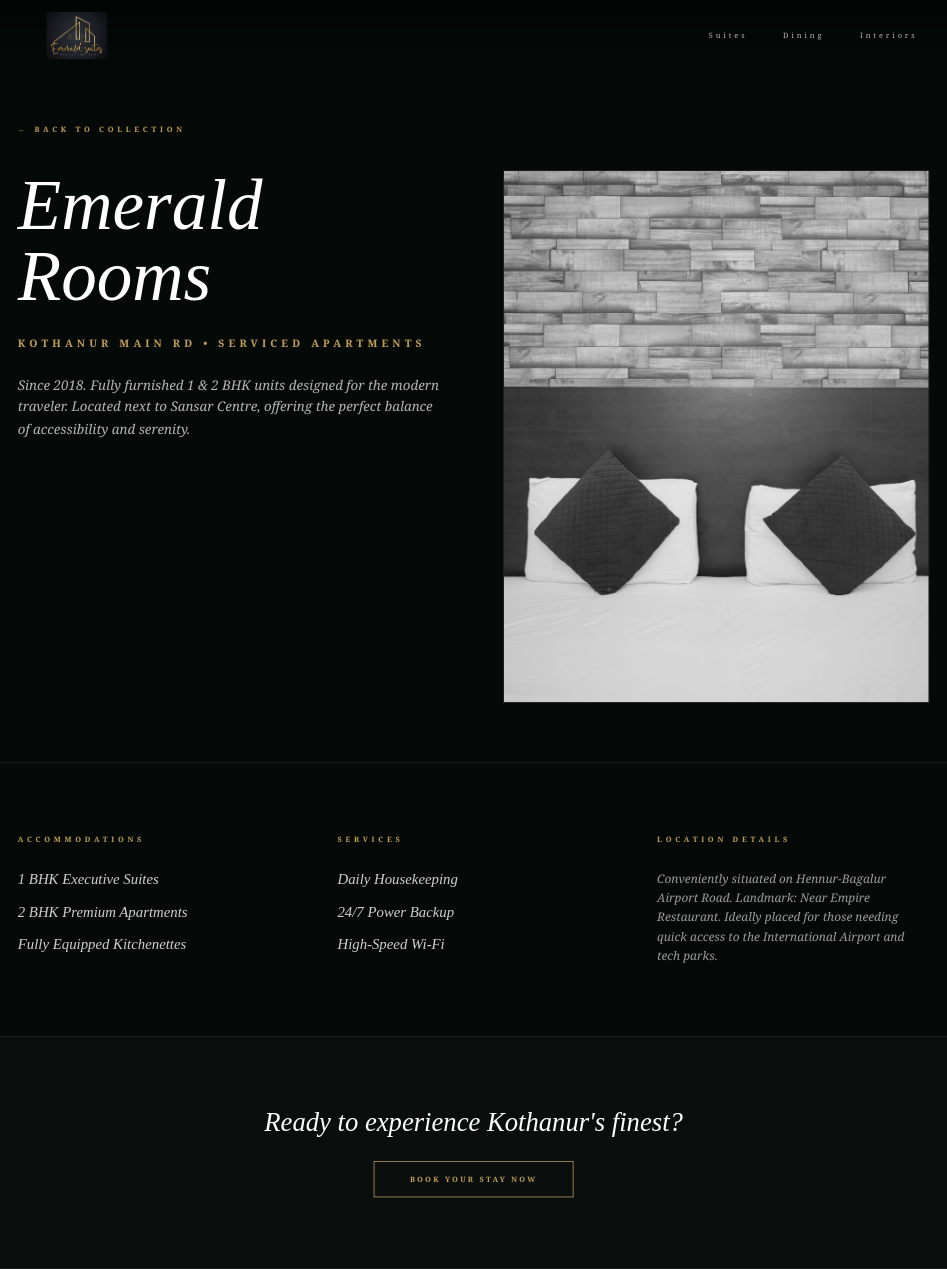
Repository: Jaden2909/emerald
Page: /rooms
These files come from the project's save history. The page is drawn as it stood at one moment and after the next save; the edit follows.
The browser window is 1280 px wide. The pictures show the whole page, at 74% of full size.
The project was rebuilt for these pictures with package versions that can differ from the ones it lists, and the page was loaded fresh each time. The framework's server and built-in components were replaced by stand-ins that run in the browser. Also part of the build but not shown: next.config.ts.

Above is the page before, as saved 2026-02-19 23:07:55.

### app/rooms/page.tsx
"use client";
import Navbar from '@/components/Navbar';
import { motion } from "framer-motion";
import Link from "next/link";

export default function RoomsPage() {
  return (
    <main className="bg-[#050a08] min-h-screen text-white">
      <Navbar />

      {/* HERO SECTION */}
      <section className="pt-40 pb-20 px-6">
        <div className="max-w-7xl mx-auto">
      <Link href="/#properties" className="text-[#c5a059] text-[10px] tracking-[0.5em] uppercase mb-12 inline-block hover:opacity-50 transition-all font-bold">
  ← Back to Collection
</Link>

          <div className="grid md:grid-cols-2 gap-20 items-start">
            <motion.div
              initial={{ opacity: 0, x: -30 }}
              animate={{ opacity: 1, x: 0 }}
              transition={{ duration: 0.8 }}
            >
              <h1 className="text-6xl md:text-8xl font-serif italic mb-8">Emerald Rooms</h1>
              <p className="text-[#c5a059] text-sm tracking-[0.4em] uppercase mb-8 font-bold">Kothanur Main Rd • Serviced Apartments</p>
              <p className="text-white/70 text-lg leading-relaxed font-light italic mb-8">
                Since 2018. Fully furnished 1 & 2 BHK units designed for the modern traveler.
                Located next to Sansar Centre, offering the perfect balance of accessibility and serenity.
              </p>
            </motion.div>

            <motion.div
              initial={{ opacity: 0, scale: 0.95 }}
              animate={{ opacity: 1, scale: 1 }}
              transition={{ duration: 0.8 }}
              className="aspect-[4/5] border border-white/10 overflow-hidden"
            >
              <img src="/prop-suites.jpg" className="w-full h-full object-cover grayscale hover:grayscale-0 transition-all duration-1000" alt="Emerald Rooms" />
            </motion.div>
          </div>
        </div>
      </section>

      {/* DETAILED AMENITIES SECTION */}
      <section className="py-24 border-t border-white/10 px-6">
        <div className="max-w-7xl mx-auto grid md:grid-cols-3 gap-16">
          <div>
            <h3 className="text-[#c5a059] text-[10px] tracking-[0.5em] uppercase mb-8 font-bold">Accommodations</h3>
            <ul className="space-y-4 text-white/80 font-serif italic text-xl">
              <li>1 BHK Executive Suites</li>
              <li>2 BHK Premium Apartments</li>
              <li>Fully Equipped Kitchenettes</li>
            </ul>
          </div>
          <div>
            <h3 className="text-[#c5a059] text-[10px] tracking-[0.5em] uppercase mb-8 font-bold">Services</h3>
            <ul className="space-y-4 text-white/80 font-serif italic text-xl">
              <li>Daily Housekeeping</li>
              <li>24/7 Power Backup</li>
              <li>High-Speed Wi-Fi</li>
            </ul>
          </div>
          <div>
            <h3 className="text-[#c5a059] text-[10px] tracking-[0.5em] uppercase mb-8 font-bold">Location Details</h3>
            <p className="text-white/60 leading-relaxed font-light italic">
              Conveniently situated on Hennur-Bagalur Airport Road. Landmark: Near Empire Restaurant.
              Ideally placed for those needing quick access to the International Airport and tech parks.
            </p>
          </div>
        </div>
      </section>

      {/* CALL TO ACTION */}
      <section className="py-24 bg-white/[0.02] border-y border-white/10 px-6 text-center">
        <h2 className="text-4xl font-serif italic mb-8 text-white">Ready to experience Kothanur's finest?</h2>
        <a href="tel:+917829591338" className="inline-block border border-[#c5a059] text-[#c5a059] px-12 py-4 uppercase tracking-[0.3em] text-[10px] font-bold hover:bg-[#c5a059] hover:text-black transition-all">
          Book Your Stay Now
        </a>
      </section>
    </main>
  );
}

### app/globals.css
@import "tailwindcss";

@theme {
  --font-serif: "Playfair Display", serif;
  --color-gold: #c5a059;
  --color-emerald: #050a08;
}

:root {
  --background: #050a08;
  --foreground: #ffffff;
}

body {
  background: var(--background);
  color: var(--foreground);
  margin: 0;
  font-family: ui-serif, Georgia, serif;
}

### components/Navbar.tsx
"use client";
import { motion } from "framer-motion";
import { Menu } from "lucide-react";
import Image from "next/image";

export default function Navbar() {
  const scrollToSection = (id: string) => {
    const element = document.getElementById(id);
    element?.scrollIntoView({ behavior: "smooth" });
  };

  return (
    <nav className="fixed top-0 w-full z-50 flex justify-between items-center px-10 py-4 bg-gradient-to-b from-black/50 to-transparent">
      <div className="relative w-32 h-16 cursor-pointer" onClick={() => window.scrollTo({ top: 0, behavior: 'smooth' })}>
        <Image
          src="/logo.png"
          alt="Emerald Suites Logo"
          fill
          className="object-contain"
        />
      </div>

      <div className="hidden md:flex space-x-12 text-[10px] tracking-[0.4em] uppercase font-light text-white/70">
        <button onClick={() => scrollToSection('properties')} className="hover:text-[#c5a059] transition-colors">Suites</button>
        <button onClick={() => scrollToSection('dining')} className="hover:text-[#c5a059] transition-colors">Dining</button>
        <button onClick={() => scrollToSection('wellness')} className="hover:text-[#c5a059] transition-colors">Interiors</button>
      </div>

      {/* md:hidden makes this disappear on laptop screens */}
      <button className="flex md:hidden items-center gap-4 group text-white">
        <Menu size={24} strokeWidth={1} className="group-hover:text-[#c5a059] transition-colors" />
      </button>
    </nav>
  );
}

Loaded but not shown: app/layout.tsx (common file)

After the next save:
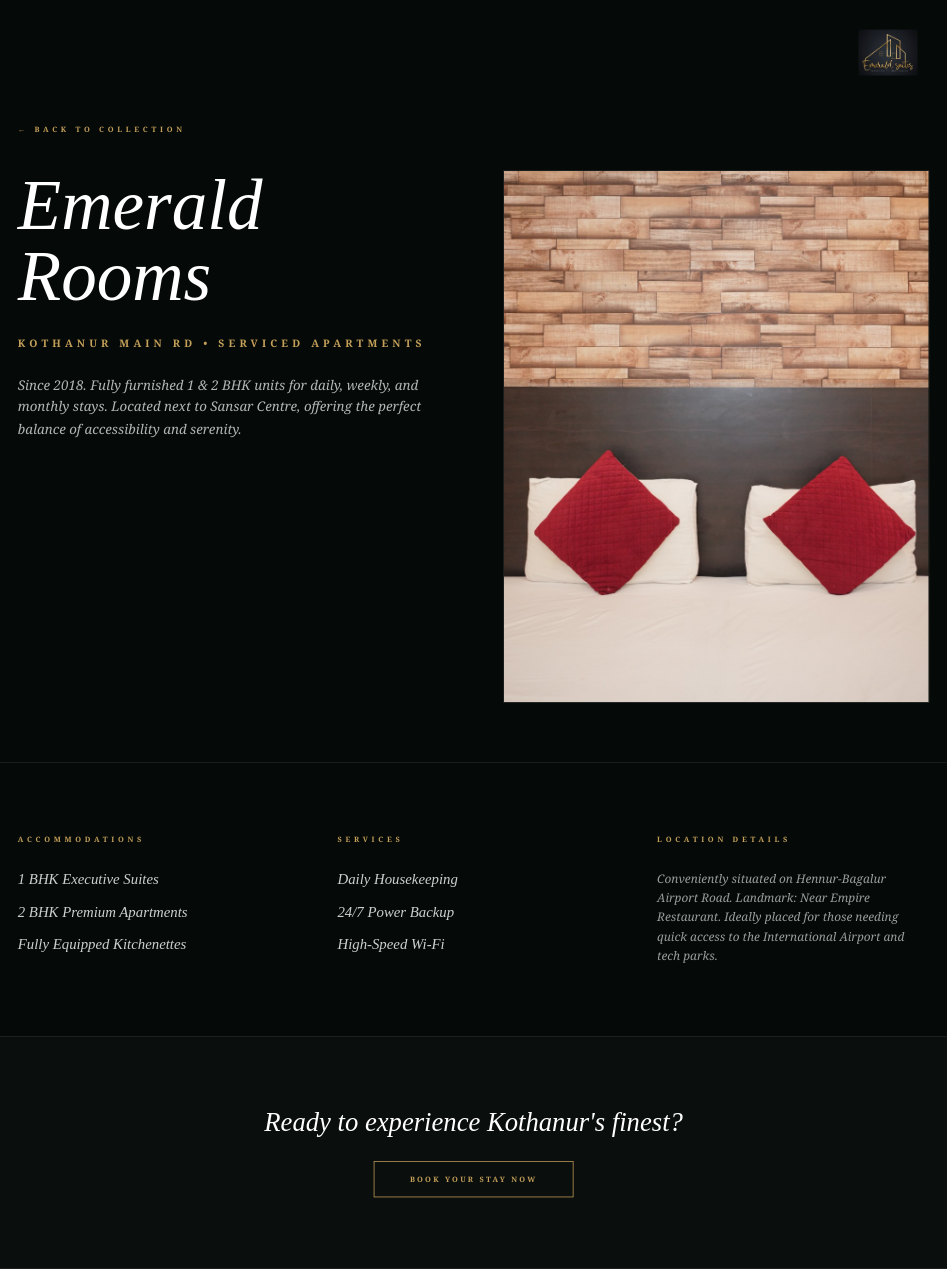
Saved 62 s later.
--- a/app/rooms/page.tsx
+++ b/app/rooms/page.tsx
@@ -1,47 +1,36 @@
 "use client";
-import Navbar from '@/components/Navbar';
 import { motion } from "framer-motion";
 import Link from "next/link";
 
 export default function RoomsPage() {
   return (
-    <main className="bg-[#050a08] min-h-screen text-white">
-      <Navbar />
+    <main className="bg-[#050a08] min-h-screen text-white relative">
+      <div className="absolute top-10 right-10 z-50">
+        <Link href="/">
+          <img src="/logo.png" alt="Emerald Logo" className="w-20 h-auto hover:opacity-80 transition-opacity" />
+        </Link>
+      </div>
 
-      {/* HERO SECTION */}
       <section className="pt-40 pb-20 px-6">
         <div className="max-w-7xl mx-auto">
-      <Link href="/#properties" className="text-[#c5a059] text-[10px] tracking-[0.5em] uppercase mb-12 inline-block hover:opacity-50 transition-all font-bold">
-  ← Back to Collection
-</Link>
-
+          <Link href="/#properties" className="text-[#c5a059] text-[10px] tracking-[0.5em] uppercase mb-12 inline-block hover:opacity-50 transition-all font-bold">
+            ← Back to Collection
+          </Link>
           <div className="grid md:grid-cols-2 gap-20 items-start">
-            <motion.div
-              initial={{ opacity: 0, x: -30 }}
-              animate={{ opacity: 1, x: 0 }}
-              transition={{ duration: 0.8 }}
-            >
+            <motion.div initial={{ opacity: 0, x: -30 }} animate={{ opacity: 1, x: 0 }} transition={{ duration: 0.8 }}>
               <h1 className="text-6xl md:text-8xl font-serif italic mb-8">Emerald Rooms</h1>
               <p className="text-[#c5a059] text-sm tracking-[0.4em] uppercase mb-8 font-bold">Kothanur Main Rd • Serviced Apartments</p>
               <p className="text-white/70 text-lg leading-relaxed font-light italic mb-8">
-                Since 2018. Fully furnished 1 & 2 BHK units designed for the modern traveler.
-                Located next to Sansar Centre, offering the perfect balance of accessibility and serenity.
+                Since 2018. Fully furnished 1 & 2 BHK units for daily, weekly, and monthly stays. Located next to Sansar Centre, offering the perfect balance of accessibility and serenity.
               </p>
             </motion.div>
-
-            <motion.div
-              initial={{ opacity: 0, scale: 0.95 }}
-              animate={{ opacity: 1, scale: 1 }}
-              transition={{ duration: 0.8 }}
-              className="aspect-[4/5] border border-white/10 overflow-hidden"
-            >
-              <img src="/prop-suites.jpg" className="w-full h-full object-cover grayscale hover:grayscale-0 transition-all duration-1000" alt="Emerald Rooms" />
+            <motion.div initial={{ opacity: 0, scale: 0.95 }} animate={{ opacity: 1, scale: 1 }} transition={{ duration: 0.8 }} className="aspect-[4/5] border border-white/10 overflow-hidden">
+              <img src="/prop-suites.jpg" className="w-full h-full object-cover" alt="Emerald Rooms" />
             </motion.div>
           </div>
         </div>
       </section>
 
-      {/* DETAILED AMENITIES SECTION */}
       <section className="py-24 border-t border-white/10 px-6">
         <div className="max-w-7xl mx-auto grid md:grid-cols-3 gap-16">
           <div>
@@ -63,14 +52,12 @@
           <div>
             <h3 className="text-[#c5a059] text-[10px] tracking-[0.5em] uppercase mb-8 font-bold">Location Details</h3>
             <p className="text-white/60 leading-relaxed font-light italic">
-              Conveniently situated on Hennur-Bagalur Airport Road. Landmark: Near Empire Restaurant.
-              Ideally placed for those needing quick access to the International Airport and tech parks.
+              Conveniently situated on Hennur-Bagalur Airport Road. Landmark: Near Empire Restaurant. Ideally placed for those needing quick access to the International Airport and tech parks.
             </p>
           </div>
         </div>
       </section>
 
-      {/* CALL TO ACTION */}
       <section className="py-24 bg-white/[0.02] border-y border-white/10 px-6 text-center">
         <h2 className="text-4xl font-serif italic mb-8 text-white">Ready to experience Kothanur's finest?</h2>
         <a href="tel:+917829591338" className="inline-block border border-[#c5a059] text-[#c5a059] px-12 py-4 uppercase tracking-[0.3em] text-[10px] font-bold hover:bg-[#c5a059] hover:text-black transition-all">
